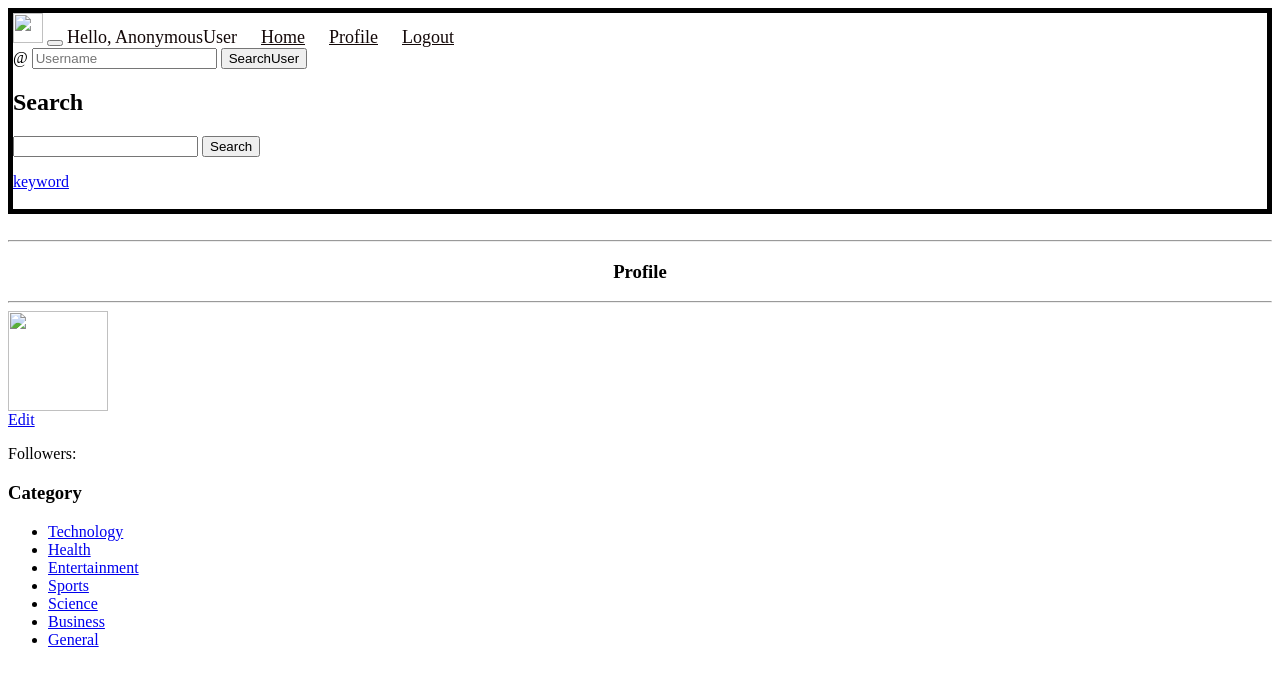
Repository: aayushshah094/django-newsletter-website-app
Page: news_api/templates/accounts/profile.html
These files come from the project's save history. The page is drawn as it stood at one moment and after the next save; the edit follows.
The browser window is 1280 px wide. The pictures show the whole page.
The template is drawn by Django 3.2. The application's start-up code is not run. Other server files are loaded and not shown. The template is opened directly, without the code that normally fills it, so the values that code supplies are empty.

Above is the page before, as saved 2021-12-01 15:26:51.

### news_api/templates/accounts/profile.html
{% load static %}
<style>
	.hello-msg{
	  font-size: 18px;
	  color: rgb(19, 8, 8);
	  margin-right: 20px;
	}
  </style>

<style>
	.navbar{
	  border: 5px solid black;
	}
  </style>

<nav class="navbar navbar-expand-lg navbar-dark bg-dark">
    <img src="{{request.user.profile.profile_pic.url}}" height= 30, width = 30>
	<button class="navbar-toggler" type="button" data-toggle="collapse" data-target="#navbarNav"
	 aria-controls="navbarNav" aria-expanded="false" aria-label="Toggle navigation">
	  <span class="navbar-toggler-icon"></span>
	</button>


	<span class="hello-msg">Hello, {{request.user}}</span>
	<span> <a  class="hello-msg" href="{% url 'home' %}">Home</a></span>
	<span> <a  class="hello-msg" href="{% url 'profile' user.profile.pk %}">Profile</a></span>
	<span ><a  class="hello-msg" href="{% url 'logout' %}" >Logout</a></span>

	<form class="d-flex" method="GET" action="{% url 'profile-search' %}">
		<div class="input-group">
		  <span class="input-group-text" id="basic-addon1">@</span>
		  <input type="text" class="form-control" placeholder="Username" aria-label="Username" aria-describedby="basic-addon1" name="query" value="{{ request.GET.query }}">
		  <button type="submit" value="Search"> SearchUser</button>
		</div>
	</form>

	<h2>Search</h2>
	<script type = "text/javascript">
		function searchInput(form)
		{
		var input = document.forms.search.keyword.value;
		document.getElementById('Info').innerHTML="You Searched: " + input;
		return;
		}
	</script>

	<form name= "search" action="" method="get" onsubmit='return searchInput(this);'>
		<input type="text" name="keyword" >
		<button type="submit" value="Search">Search </button>
	</form>
	<div id='Info'></div></body>

	<span><a href="{% url 'keyword' %}">keyword</a></span>
	<br>
	<br>

</nav>


<style>
	.profile-pic{
		max-width: 200px;
		max-height:200px;
		margin: 0 auto;
		border-radius: 50%;
	}
</style>

<br>
<div class="row">
	<div class="col-md-3">
		<div class="card card-body">
			<hr>
			<h3 style="text-align: center">Profile</h3>
			<hr>
		</div>
	</div>
	<div class="row justify-content-center mt-5">
        <div class="card shadow-sm col-md-8 col-sm-12 border-bottom px-5 pt-3">
            <img src="{{request.user.profile.profile_pic.url}}" class="rounded-circle" width="100" height="100" />
            {% if user.profile.user %}
            <p>Username:{{ user.profile.user }}</p>
            {% endif %}
			{% if user.profile.name %}
            <p>Name:{{ user.profile.name }}</p>
            {% endif %}
			{% if request.user.profile == user.profile %}
			{% if user.profile.email %}
            <p>email:{{ user.profile.email }}</p>
            {% endif %}
			{% endif %}
        </div>
		{% if request.user.profile == user.profile %}
		<span ><a  class="edit" href="{% url 'profile-edit' user.profile.pk %}" >Edit</a></span>
		{% endif %}
    </div>
	<div>
		<p>Followers: {{ number_of_followers }}</p>
		{% if user.profile == request.user.profile %}
		{% else %}
		{% if is_following %}
		<form method="POST" action="{% url 'remove-follower' user.profile.pk %}">
			{% csrf_token %}
			<button class="btn btn-outline-danger" type="submit">Unfollow</button>
		</form>
		{% else %}
		<form method="POST" action="{% url 'add-follower' user.profile.pk %}">
			{% csrf_token %}
			<button class="btn btn-outline-success" type="submit">Follow</button>
		</form>
		{% endif %}
		{% endif %}
	</div>

	<div class="col-md-9">
		<h3><b>Category</b></h3>
		<ul class="list-group">
			<li class="list-group-item"><a class="btn btn-primary" href="{% url 'technology' %}?category=technology">Technology</a></li>
			<li class="list-group-item"><a class="btn btn-primary" href="{% url 'health' %}?category=health">Health</a></li>
			<li class="list-group-item"><a class="btn btn-primary" href="{% url 'entertainment' %}?category=Entertainment">Entertainment</a></li>
			<li class="list-group-item"><a class="btn btn-primary" href="{% url 'sports' %}?category=Sports">Sports</a></li>
			<li class="list-group-item"><a class="btn btn-primary" href="{% url 'science' %}?category=Science">Science</a></li>
			<li class="list-group-item"><a class="btn btn-primary" href="{% url 'business' %}?category=Business">Business</a></li>
			<li class="list-group-item"><a class="btn btn-primary" href="{% url 'general' %}?category=General">General</a></li>

		</ul>
	</div>
</div>

After the next save:
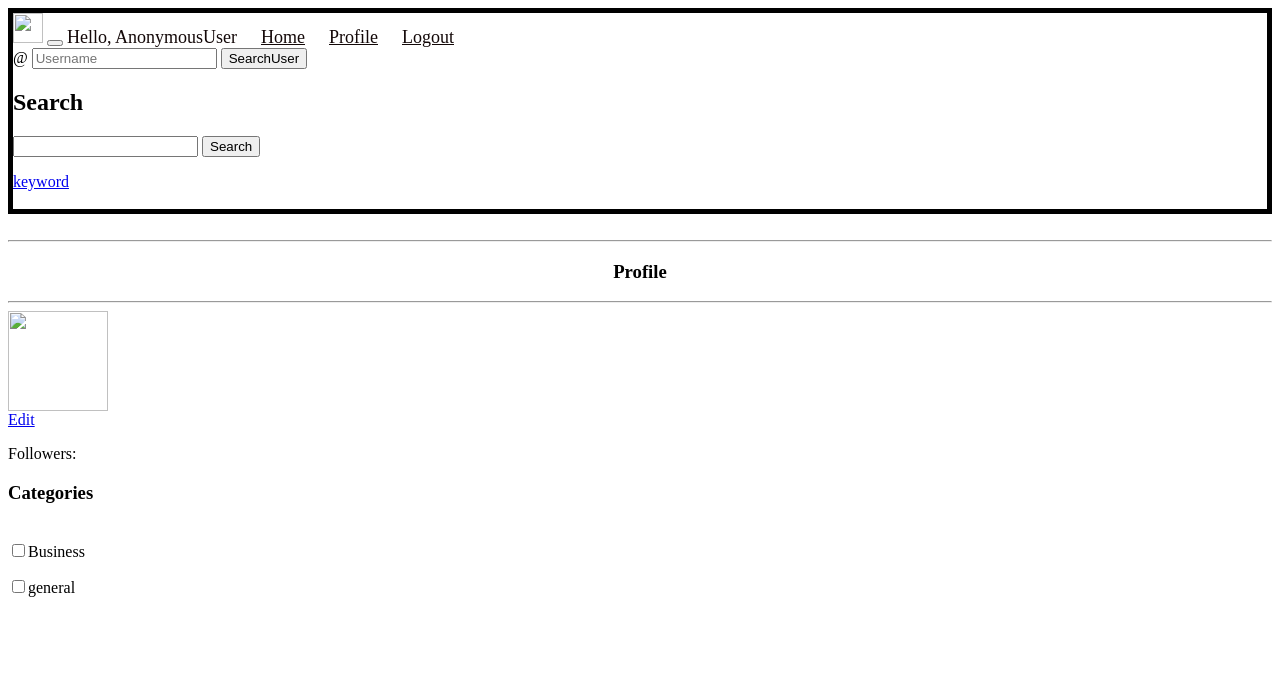
Saved 59 s later.
--- a/news_api/templates/accounts/profile.html
+++ b/news_api/templates/accounts/profile.html
@@ -112,17 +112,41 @@
 		{% endif %}
 	</div>
 
-	<div class="col-md-9">
-		<h3><b>Category</b></h3>
-		<ul class="list-group">
-			<li class="list-group-item"><a class="btn btn-primary" href="{% url 'technology' %}?category=technology">Technology</a></li>
-			<li class="list-group-item"><a class="btn btn-primary" href="{% url 'health' %}?category=health">Health</a></li>
-			<li class="list-group-item"><a class="btn btn-primary" href="{% url 'entertainment' %}?category=Entertainment">Entertainment</a></li>
-			<li class="list-group-item"><a class="btn btn-primary" href="{% url 'sports' %}?category=Sports">Sports</a></li>
-			<li class="list-group-item"><a class="btn btn-primary" href="{% url 'science' %}?category=Science">Science</a></li>
-			<li class="list-group-item"><a class="btn btn-primary" href="{% url 'business' %}?category=Business">Business</a></li>
-			<li class="list-group-item"><a class="btn btn-primary" href="{% url 'general' %}?category=General">General</a></li>
+	<script>
+		function checkMe(){
+		  var checkbox = document.getElementById("business");
+		  var text = document.getElementById("BusinessLink");
+		  if(checkbox.checked == true){
+			text.style.display="block";
+		  } else {
+			text.style.display="none";
+		  }
+		}
+	  </script>
 
-		</ul>
-	</div>
+	  <form>
+		<h3>Categories</h3>
+		<br>
+		<input type="checkbox" id="business" styles="display:none" onclick="checkMe()"/>Business
+		<p id="BusinessLink" style="display:none"> You selected: <a href="{% url 'business' %}">Business</a> </p>
+
+	  </form>
+
+	  <script>
+		function checkMe2(){
+		  var cb = document.getElementById("general");
+		  var text = document.getElementById("generalLink");
+		  if(cb.checked == true){
+			text.style.display="block";
+		  } else {
+			text.style.display="none";
+		  }
+		}
+	  </script>
+
+	  <form>
+		<input type="checkbox" id="general" styles="display:none" onclick="checkMe2()"/>general
+		<p id="generalLink" style="display:none"> You selected: <a href="{% url 'home' %}">general</a> </p>
+
+	  </form>
 </div>
